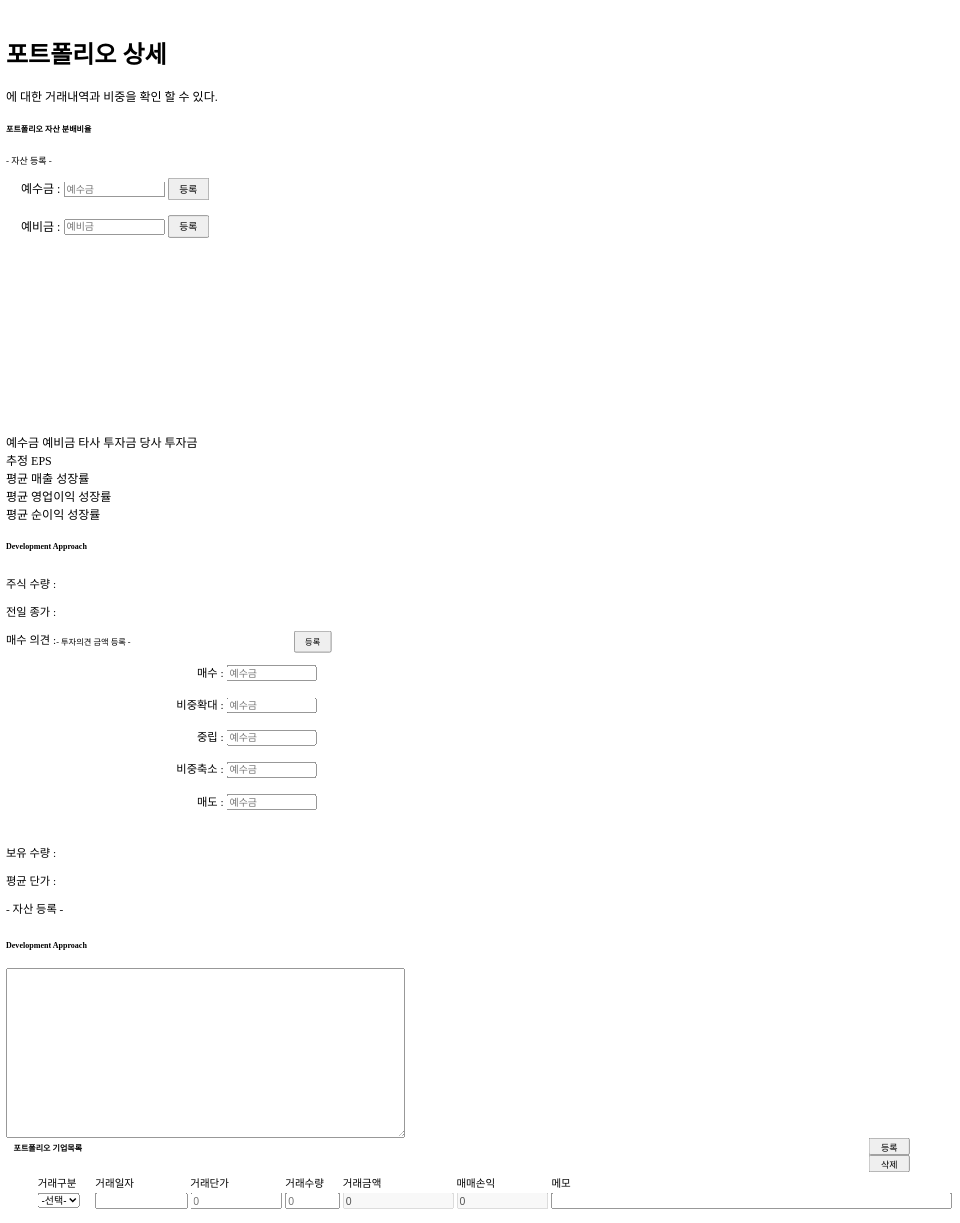
Repository: bangProgram/PJT_Finance
Page: http://localhost/Finance/WEB-INF/views/portfolio/portfolioDetail.jsp
The author's editor kept a copy of each file at every save. The page is drawn from the files as they stood at one save, then again after the next save.
The browser window is 1280 px wide. The pictures show the whole page, at 75% of full size.
The page is served by Tomcat 9. Nobody is signed in. The template is opened directly, without the code that normally fills it, so the values that code supplies are empty.

Above is the page before, as saved 2022-11-18 01:36:59.

After the next save:
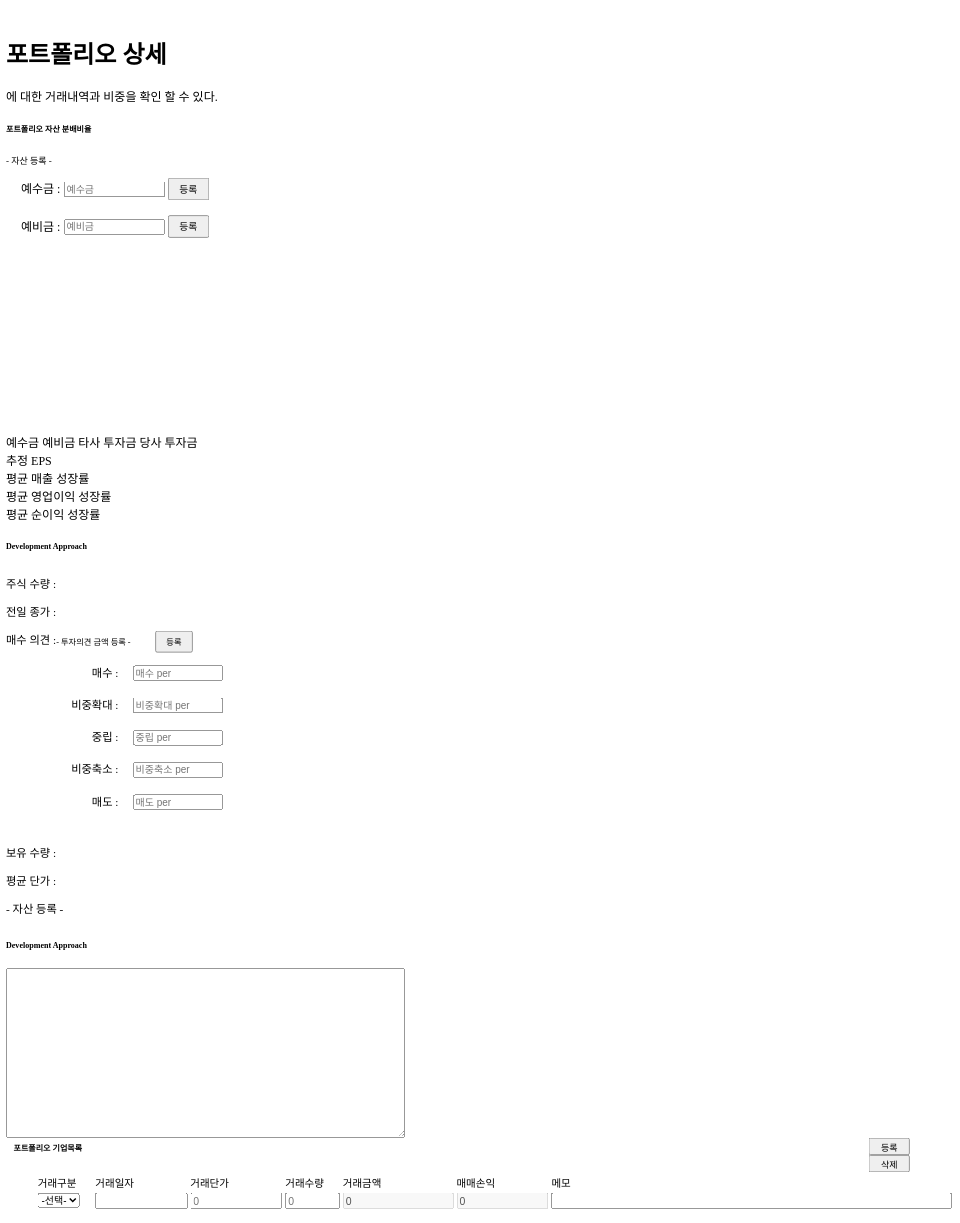
Saved 14 min 59 s later.
--- a/Finance/src/main/webapp/WEB-INF/views/portfolio/portfolioDetail.jsp
+++ b/Finance/src/main/webapp/WEB-INF/views/portfolio/portfolioDetail.jsp
@@ -260,7 +260,7 @@
 			                <div class="dropdown-menu dropdown-menu-right shadow animated--fade-in" aria-labelledby="dropdownMenuLink">
 			                    <div class="dropdown-header" id="opiAmtDiv" style="font-size: 11px;">
 			                    	- 투자의견 금액 등록 -
-			                    	<button class="btn btn-outline-primary" style="height: 29px; font-size: 11px; width: 50px; margin-left: 215px;" id="btn_DEPOSIT_AMOUNT" onclick="regOpinonAmt(); return false;">
+			                    	<button class="btn btn-outline-primary" style="height: 29px; font-size: 11px; width: 50px; margin-left: 30px;" id="btn_DEPOSIT_AMOUNT" onclick="regOpinonAmt(); return false;">
 					                    	등록
 					                </button>
 			                    </div>
@@ -269,27 +269,27 @@
 			                    <form name="opinionForm">
 				                    <div class="dropdown-item" style="padding: 10px 10px 10px 10px; text-align: right;">
 					                    매수 :
-					                    <input type="text" name="OPINION_AMOUNT1" id="OPINION_AMOUNT1" style="width : 120px;" value="" title="예수금" placeholder="예수금">
+					                    <input type="text" name="OPINION_AMOUNT1" id="OPINION_AMOUNT1" style="width : 120px; margin-left: 15px;" value="" title="예수금" placeholder="매수 per">
 				                    </div>
 				                    <div class="dropdown-divider"></div>
 				                    <div class="dropdown-item" style="padding: 10px 10px 10px 10px;  text-align: right;">
 					                    비중확대 :
-					                    <input type="text" name="OPINION_AMOUNT2" id="OPINION_AMOUNT2" style="width : 120px;" value="" title="예수금" placeholder="예수금">
+					                    <input type="text" name="OPINION_AMOUNT2" id="OPINION_AMOUNT2" style="width : 120px; margin-left: 15px;" value="" title="예수금" placeholder="비중확대 per">
 				                    </div>
 				                    <div class="dropdown-divider"></div>
 				                    <div class="dropdown-item" style="padding: 10px 10px 10px 10px;  text-align: right;">
 					                    중립 :
-					                    <input type="text" name="OPINION_AMOUNT3" id="OPINION_AMOUNT3" style="width : 120px;" value="" title="예수금" placeholder="예수금">
+					                    <input type="text" name="OPINION_AMOUNT3" id="OPINION_AMOUNT3" style="width : 120px; margin-left: 15px;" value="" title="예수금" placeholder="중립 per">
 				                    </div>
 				                    <div class="dropdown-divider"></div>
 				                    <div class="dropdown-item" style="padding: 10px 10px 10px 10px;  text-align: right;">
 					                    비중축소 :
-					                    <input type="text" name="OPINION_AMOUNT4" id="OPINION_AMOUNT4" style="width : 120px;" value="" title="예수금" placeholder="예수금">
+					                    <input type="text" name="OPINION_AMOUNT4" id="OPINION_AMOUNT4" style="width : 120px; margin-left: 15px;" value="" title="예수금" placeholder="비중축소 per">
 				                    </div>
 				                    <div class="dropdown-divider"></div>
 				                    <div class="dropdown-item" style="padding: 10px 10px 10px 10px;  text-align: right;">
 					                    매도 :
-					                    <input type="text" name="OPINION_AMOUNT5" id="OPINION_AMOUNT5" style="width : 120px;" value="" title="예수금" placeholder="예수금">
+					                    <input type="text" name="OPINION_AMOUNT5" id="OPINION_AMOUNT5" style="width : 120px; margin-left: 15px;" value="" title="예수금" placeholder="매도 per">
 				                    </div>
 				                    <div class="dropdown-divider"></div>
 				                </form>
